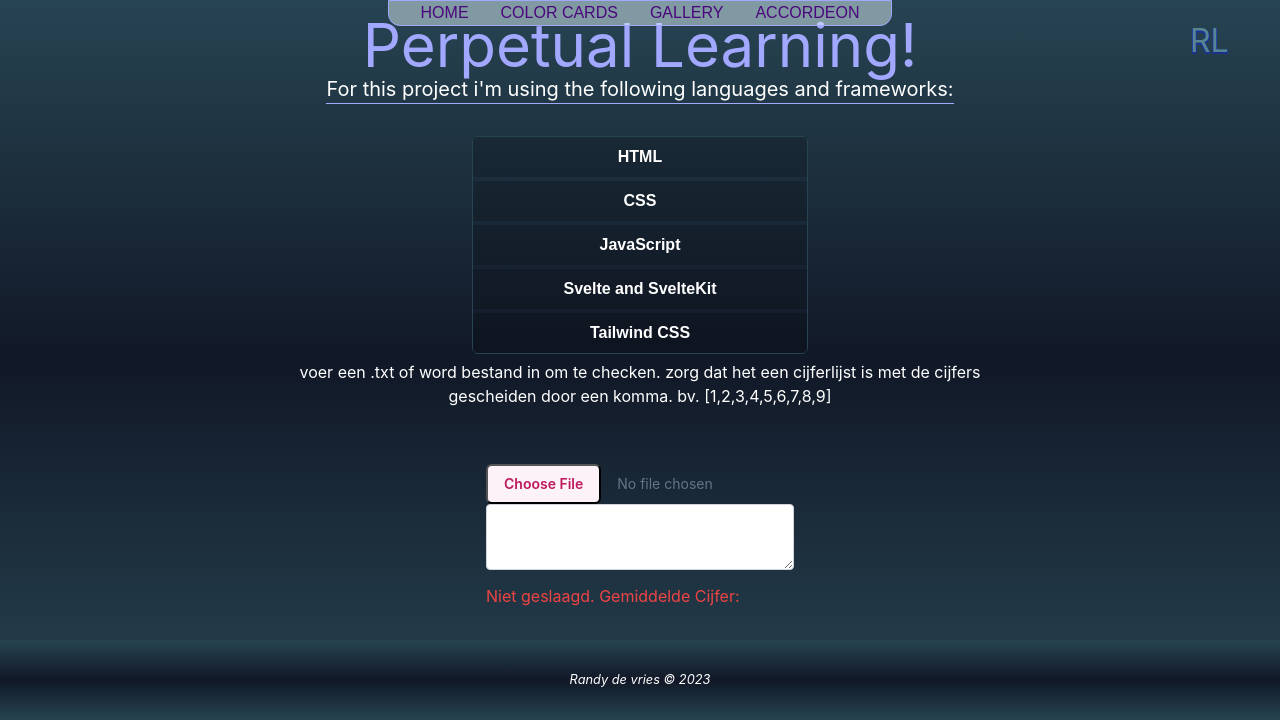
Repository: Freezler/svelte-app
Page: /links
An editor plug-in stored every save of this project. The page is shown before and after the next save, followed by the edit.
The browser window is 1280 px wide. The pictures show the whole page.
The project was rebuilt for these pictures with package versions that can differ from the ones it lists, and the page was loaded fresh each time. The framework's server and built-in components were replaced by stand-ins that run in the browser. Also part of the build but not shown: svelte.config.js, vite.config.js.

Above is the page before, as saved 2023-11-12 11:41:48.

### src/app.html
<!DOCTYPE html>
<html lang="en">
	<head>
		<meta charset="utf-8" />
		<link rel="icon" href="%sveltekit.assets%/favicon.png" />
		<meta name="viewport" content="width=device-width" />
		%sveltekit.head%
		<title>SvelteKitProject</title>
	</head>
	<body data-sveltekit-preload-data="hover">
		<div style="display: contents">%sveltekit.body%</div>
	</body>
</html>

### src/routes/+layout.svelte
<script>
  import '../app.css';
  import Navbar from '../components/Navbar.svelte';
  import Footer from '../components/Footer.svelte';
</script>

<html lang="en" class="select-none scroll-smooth">
  <head>
    <!-- Add any necessary head content here -->
  </head>
  <body class=" flex flex-col h-full overflow-scroll">
    <Navbar />
    <main>
      <slot />
    </main>
    <Footer />
  </body>
</html>

### src/routes/links/+page.svelte
<script>
	import { onDestroy, onMount } from 'svelte';
	onMount(() => console.log('Mounted Links page'));
	onDestroy(() => console.log('Unmounted Links page'));
	import CijferlijstInput from '../../components/CijferlijstInput.svelte';
	import Accordion from '../../components/Accordion.svelte';

</script>

<main
	class=" z-100 flex h-screen scroll-smooth justify-center items-center w-screen flex-col bg-gradient-to-b from-astral-900 via-gray-900 to-astral-900 overflow-scroll pb-24"
>
<div class="flex flex-col w-[100%] items-center justify-center font-sans h-screen ">
	<h1 class="animate-slow-slide-down text-3xl sm:text-5xl md:text-6xl xl:8xl text-purpleone-300  ">Perpetual Learning!</h1>
	<p class="animate-slow-slide-up text-xs sm:text-[16px] md:text-xl xl:2xl text-white border-b-[1px]  border-purpleone-300 text-purpleone600">For this project i'm using the following languages and frameworks:</p>
	<Accordion />
</div>
<div class="flex flex-col w-[100%] items-center justify-center"></div>
		<CijferlijstInput />
</main>

### src/app.css
@import 'tailwindcss/base';
@import 'tailwindcss/components';
@import 'tailwindcss/utilities';

/* Your custom CSS goes here */
body {
	scroll-behavior: smooth;
}

body * {
	-moz-scrollbar-width: none;
	scrollbar-width: none;
	-ms-overflow-style: none;
}

### src/components/Navbar.svelte
<script>
	let showNav = false;

	const toggleNav = () => {
		showNav = !showNav;
		const body = document.body;

		if (showNav) {
			body.classList.add('overflow-hidden');
		} else {
			body.classList.remove('overflow-hidden');
		}
	};
</script>

<nav
	class=" fixed bottom-0 z-40 flex h-20 w-[100%] select-none items-center justify-between text-center antialiased focus:select-none md:right-0 md:top-0 md:justify-center"
>
	<a href="/" class="ml-3 flex h-16 select-none items-center focus:select-none "
		><svg
			class="flex h-20 animate-pulse md:right-0 md:absolute"
			version="1.1"
			xmlns="http://www.w3.org/2000/svg"
			width="100"
			height="100"
			viewBox="0 0 100 100"
		>
			<!-- Outline -->
			<text
				class="select-none focus:select-none shadow-xl animate-slow-slide-down "
				x="0"
				y="66"
				font-size="40"
				fill="red3"
				stroke="#12ff"
				stroke-width="2"
				stroke-linejoin="round">RL</text
			>
			<!-- Text -->
			<text class="animate-slow-slide-in" x="0" y="65" font-size="40" fill="#87ccd9">RL</text>
		</svg></a
	>

	<!-- Hamburger voorS  mobile/kleine schermen -->
	<button
		class=" mr-8 select-none text-white focus:select-none active:select-none md:hidden"
		on:click={toggleNav}
	>
		<div class="relative flex h-6 w-6 items-center">
			<span
				class={' absolute block h-[2px] w-5 origin-center bg-blueone-50 transition-transform'}
				class:rotate-45={showNav}
				class:top-2={!showNav}
			></span>
			<span
				class={'z-2000 absolute block h-[2px] w-5 origin-center bg-white blur-none transition-transform'}
				class:-rotate-45={showNav}
				class:bottom-2={!showNav}
			></span>
			<span
				class={'z-2000 absolute block h-[2px] w-5 origin-center bg-white blur-none transition-transform'}
				class:-rotate-45={showNav}
				class:bottom-2={!showNav}
			></span>
		</div>
	</button>

	<div
		class={`absolute top-0 z-50	hidden  -[80px] select-none rounded-b-xl text-purplethree-950  font-display uppercase  items-center justify-center gap-8 px-8 border-[1px] border-purpleone-300   bg-astral-100 bg-opacity-50  bg-cover bg-center    md:flex ${
			showNav ? 'hidden' : 'block'
		}`}
	>
	    <a href="/" class="hover:text-cyan-200 hover:bg-slate-500 ">Home</a>
		<a href="/blogs" class="hover:text-cyan-200 hover:bg-slate-500  ">Color Cards</a>
		<a href="/about" class="hover:text-cyan-200 hover:bg-slate-500">Gallery</a>
		<a href="/links" class="hover:text-cyan-200 hover:bg-slate-500">Accordeon</a>
	</div>
</nav>

<!-- Conditional Mobile Menu Overlay -->
{#if showNav}
	<div
		class=" fixed inset-0 z-50 flex animate-slow-fade-in select-none items-center justify-center bg-gray-800 bg-opacity-40 backdrop-blur-[2px]"
		on:click={toggleNav}
		on:keypress={toggleNav}
		role="button"
		tabindex="0"
	>
		<div
			class="absulute flex select-none flex-col items-center text-2xl text-gray-200 opacity-100 transition-opacity duration-100 ease-in-out"
		>
			<a href="/" tabindex="0" class="text-cyan-200"
				><svg xmlns="http://www.w3.org/2000/svg" width="80" height="80" viewBox="0 0 80 80">
					<!-- Outline -->
					<text
						x="16"
						y="50"
						font-family="Inter"
						font-size="40"
						fill="cyan"
						stroke="#dfe2ff"
						stroke-width="6"
						stroke-linejoin="round">RL</text
					>
					<!-- Text -->
					<text x="16" y="50" font-family="Inter" font-size="40" fill="indigo">RL</text>
				</svg>
				<hr class="mb-6 w-full border-bluetwo-400" /></a
			>
			<a href="/projects" tabindex="0" class="text-[#b910377e]">under construction..</a>
			<a href="/blogs" tabindex="0" class="text-[#dfe2ff]">Color Cards</a>
			<a href="/about" tabindex="0" class="text-[#dfe2ff]">Gallery</a>
			<a href="/links" tabindex="0" class="text-[#dfe2ff]">Accordeon</a>
		</div>
	</div>
{/if}

### src/components/Footer.svelte
<script>
</script>

<div class="bg-opacity-70 bg-gradient-to-b from-astral-900 via-gray-900 to-astral-900 bg-cover bg-center bg-no-repeat bg-blone-300  fixed w-screen bottom-0 h-20 flex items-center p-0 m-0">
  <div class="flex w-full items-center justify-around">
	<!-- GitHub icon -->
	<small class="text-white italic">Randy de vries &copy; {new Date().getFullYear()}</small>
  </div>
</div>

### src/components/CijferlijstInput.svelte
<!-- FileInput.svelte -->
<script>
  import { onMount } from 'svelte';

  export let fileContent = '';
  export let isSuccess = false;
  let gemiddeldeCijfer = '';

  function handleFileInput(event) {
	const file = event.target.files[0];

	if (file) {
	  const reader = new FileReader();

	  reader.onload = function (e) {
		const content = e.target.result;
		if (content.trim() !== '') {
		  fileContent = content;
		  isSuccess = true;
		  gemiddeldeCijfer = calculateGemiddeldeCijfer(fileContent);
		}
	  };

	  reader.readAsText(file);
	}
  }

  function calculateGemiddeldeCijfer(content) {
	const cijfers = content.split('\n').filter(line => line.trim() !== '').map(Number);
	const totaal = cijfers.reduce((acc, curr) => acc + curr, 0);
	return totaal / cijfers.length;
  }
</script>
<div class="text-center text-white -translate-y-10 w-[60%]"><h3>voer een .txt of word bestand in om te checken.
	zorg dat het een cijferlijst is met de cijfers gescheiden door een komma. bv. [1,2,3,4,5,6,7,8,9]
</h3></div>
<div class="p-4 min-w-[340px]">
  <input
	type="file"
	accept=".txt, .doc, .docx"
	on:change={handleFileInput}
	class="block w-full text-sm text-slate-500 file:mr-4 file:py-2 file:px-4 file:rounded-md file:border-1 file:text-sm file:font-semibold file:bg-pink-50 file:text-pink-700 hover:file:bg-pink-100"
  />
  <textarea bind:value={fileContent} class="w-full h-[content] border border-gray-300 rounded p-2"></textarea>

  {#if isSuccess}
	<p class="text-green-500 mt-2 mx-auto">Van harte gefeliciteerd, je bent geslaagd! Gemiddelde Cijfer: {gemiddeldeCijfer}</p>
  {:else}
	<p class="text-red-500 mt-2 mx-auto">Niet geslaagd. Gemiddelde Cijfer: {gemiddeldeCijfer}</p>
  {/if}
</div>

### src/components/Accordion.svelte
<script>
	let panels = [
		{
			title: 'HTML',
			content:
				'HTML is the standard markup language for documents designed to be displayed in a web browser.'
		},
		{ title: 'CSS', content: 'CSS is used to define styles for your web pages' },
		{
			title: 'JavaScript',
			content: 'JavaScript is used to add interactivity to your web pages'
		},
		{
			title: 'Svelte and SvelteKit',
			content: 'Svelte and SvelteKit are both JavaScript frameworks'
		},
		{ title: 'Tailwind CSS', content: 'Tailwind CSS is a utility-first CSS framework' }
	];

	let expandedPanel = null;

	function togglePanel(panel) {
		if (expandedPanel === panel) {
			expandedPanel = null;
		} else {
			expandedPanel = panel;
		}
	}
</script>

<div class="bg-transparent animate-slow-slide-up z-60 wrapper max-w-[400px] mx-auto mt-[0] w-[80%] text-center rounded-sm p-8">
	<div class="flex flex-col space-y-1  rounded-md border-[1px] border-astral-900">
		{#each panels as panel}
			<!-- svelte-ignore a11y-no-static-element-interactions -->
			<div
				class="relative isolate animate-fast-fade-in overflow-hidden"
				on:click={() => togglePanel(panel)}
				on:keydown={() => togglePanel(panel)}
				aria-roledescription="accordion"
			>
				<div class="" aria-expanded={panel === expandedPanel}>
					<!-- svelte-ignore empty-block -->
					{#if panel === expandedPanel}{/if}
					<div
						class="relative isolate grid place-items-center bg-[rgba(0,0,0,0.2)] p-2 font-display font-bold text-white"
					>
						{panel.title}
					</div>
				</div>
				{#if expandedPanel === panel}
					<div
						class="max-w-[100%] z-20 animate-slow-fade-in bg-astral-900 bg-opacity-70 px-6 py-0"
					>
						<svg
							xmlns="http://www.w3.org/2000/svg"
							class="icon icon-tabler icon-tabler-chevron-up mx-auto animate-pulse"
							width="24"
							height="24"
							viewBox="0 0 24 24"
							stroke-width="1.5"
							stroke="white"
							fill="rgba(39, 68, 82, 100%)"
							stroke-linecap="round"
							stroke-linejoin="round"
						>
							<path stroke="none" d="M0 0h24v24H0z" fill="transparent" />
							<polyline points="6 15 12 9 18 15" />
						</svg>
						<p class="text-white pb-3">
							{panel.content}
						</p>
					</div>
				{/if}
			</div>
		{/each}
	</div>
</div>

### tailwind.config.js
/** @type {import('tailwindcss').Config} */
const plugin = require('tailwindcss/plugin');
export default {
	content: ['./src/**/*.{html,js,svelte,ts}'],
	theme: {
		extend: {

			animation: {
				btnPulse: ' btnPulse 1s infinite',
				'spin-slow': 'spin 3s linear infinite',
				'spin-fast': 'spin 1s linear infinite',
				'slow-fade-in': 'fade-in 0.7s ease-in-out',
				'fast-fade-in': 'fade-in 0.5s ease-in-out',
				'slow-fade-out': 'fade-out 0.5s ease-in-out',
				'fast-fade-out': 'fade-out 0.7s ease-in-out',
				'slow-slide-in': 'slide-in 0.6s ease-in-out',
				'fast-slide-in': 'slide-in 3s ease-in-out',
				'slow-slide-up': 'slide-up 0.6s cubic-bezier(0.215, 0.61, 0.355, 1)',
				'slow-slide-out': 'slide-out 0.6s ease-in-out',
				'fast-slide-out': 'slide-out 0.3s ease-in-out',
				'ani-translate-y': 'translate-y 5s ease-in-out',
				'fast-slide-up': 'slide-up 0.5s cubic-bezier(0.215, 0.61, 0.355, 1)',
				'slow-slide-down': 'slide-down 0.6s cubic-bezier(0.215, 0.61, 0.355, 1)',
				'burger-smooth': 'burger-smooth 2s ease-in-out',
			    'wave': 'wave .9s ease-in-out',
			},
			keyframes: {
				'fade-in': {
					'0%': { opacity: '0' },
					'100%': { opacity: '1' }
				},
				'fade-out': {
					'0%': { opacity: '1' },
					'100%': { opacity: '0' }
				},
				'slide-in': {
					'0%': { transform: 'translateX(-240px)' },
					'100%': { transform: 'translateX(0)' }
				},
				'slide-out': {
					'0%': { transform: 'translateX(0)' },
					'100%': { transform: 'translateX(-100%)' }
				},
				'translate-y': {
					'0%': { transform: 'translateY(0)' },
					'100%': { transform: 'translateY(-100%)' }
				},
				wave: {
					'0%': { transform: 'rotate(0deg)' },
					'25%': { transform: 'rotate(45deg)' },
					'50%': { transform: 'rotate(35deg)' },
					'100%': { transform: 'rotate-45deg)' }
				},
				'slide-up': {
					'0%': { transform: 'translateY(240px)' },
					'100%': { transform: 'translateY(0)' }
				},
				'slide-down': {
					'0%': { transform: 'translateY(-400px)' },
					'100%': { transform: 'translateY(0px)' }
				},
				'btnPulse': {
					'0%': { transform: 'scale(1))' },
					'50%': { transform: 'scale(0.9)' },
					'100%': { transform: 'scale(1)' }
				}
			},

			fontFamily: {
				sans: ['Inter', 'Arial', 'Helvetica', 'sans-serif'],
				serif: ['Georgia', 'serif'],
				mono: ['Menlo', 'Monaco', 'Courier New', 'monospace'],
				display: ['Oswald', 'sans-serif'],
				handwriting: ['Pacifico', 'cursive']
			},
			colors: {
				blueone: {
					50: '#e6f5ff',
					100: '#d2ecff',
					200: '#aedaff',
					300: '#7dbfff',
					400: '#4b94ff',
					500: '#2268ff',
					600: '#003bff',
					700: '#003fff',
					800: '#0035d7',
					900: '#0830a7',
					950: '#072383'
				},
				bluetwo: {
					50: '#f3f6fb',
					100: '#e4e9f5',
					200: '#d0daed',
					300: '#afc2e1',
					400: '#89a2d1',
					500: '#6c85c5',
					600: '#596db7',
					700: '#4e5da7',
					800: '#454e8a',
					900: '#3b436d',
					950: '#272b44'
				},
				bluethree: {
					50: '#f2f6fc',
					100: '#e3ebf6',
					200: '#cdddf0',
					300: '#aac6e6',
					400: '#81a8d9',
					500: '#638cce',
					600: '#4f73c1',
					700: '#4561b0',
					800: '#3d5190',
					900: '#2c395f',
					950: '#242c47'
				},
				astral: {
					50: '#f0fafb',
					100: '#d9f0f4',
					200: '#b8e2e9',
					300: '#87ccd9',
					400: '#4fadc1',
					500: '#328ea3',
					600: '#2d768d',
					700: '#2b6173',
					800: '#2a5160',
					900: '#274452',
					950: '#152c37'
				},
				greenone: {
					50: '#f5ffe5',
					100: '#e6ffc7',
					200: '#cdff96',
					300: '#9ffc41',
					400: '#8bf328',
					500: '#6cd909',
					600: '#50ae02',
					700: '#3e8407',
					800: '#34680c',
					900: '#2c580f',
					950: '#143102'
				},
				greentwo: {
					50: '#f1fcf5',
					100: '#dff9e9',
					200: '#c0f2d4',
					300: '#8fe6b2',
					400: '#56d289',
					500: '#30b768',
					600: '#26aa5d',
					700: '#1e7743',
					800: '#1d5e39',
					900: '#194e31',
					950: '#082b19'
				},
				greenthree: {
					50: '#f2f7f4',
					100: '#dfece3',
					200: '#c1d9ca',
					300: '#98bda8',
					400: '#6b9c82',
					500: '#518a6e',
					600: '#37644f',
					700: '#2c5040',
					800: '#254035',
					900: '#1f352b',
					950: '#101e18'
				},
				roseone: {
					50: '#fef1fa',
					100: '#fde6f7',
					200: '#feccf1',
					300: '#fea3e4',
					400: '#fc6ad0',
					500: '#f74bbf',
					600: '#e61c9a',
					700: '#c90d7d',
					800: '#a60e66',
					900: '#8a1158',
					950: '#550232'
				},
				purpleone: {
					50: '#edf0ff',
					100: '#dfe2ff',
					200: '#c5caff',
					300: '#a2a7ff',
					400: '#7f7cfd',
					500: '#6d5ef6',
					600: '#5e40eb',
					700: '#5d41d3',
					800: '#412ca7',
					900: '#382b84',
					950: '#22194d'
				},
				purpletwo: {
					50: '#fcf3ff',
					100: '#fae7ff',
					200: '#f3ceff',
					300: '#eea7ff',
					400: '#e473ff',
					500: '#d12ef6',
					600: '#bc1edb',
					700: '#9f15b6',
					800: '#841494',
					900: '#6f1679',
					950: '#490151'
				},
				purplethree: {
					50: '#faf5ff',
					100: '#f3e8ff',
					200: '#ead4ff',
					300: '#d9b3ff',
					400: '#c282fe',
					500: '#aa53f9',
					600: '#9530ed',
					700: '#801fd1',
					800: '#6d1faa',
					900: '#591a89',
					950: '#4b077e'
				},
				rosetwo: {
					50: '#fef1f8',
					100: '#fee5f3',
					200: '#ffcae8',
					300: '#ff9fd4',
					400: '#ff64b5',
					500: '#fe1f8a',
					600: '#ef1372',
					700: '#d00657',
					800: '#ac0848',
					900: '#8f0c3f',
					950: '#580021'
				},
				redone: {
					50: '#fff0f0',
					100: '#ffdede',
					200: '#ffc2c2',
					300: '#ff9898',
					400: '#ff5d5d',
					500: '#ff2b2b',
					600: '#f70808',
					700: '#d00505',
					800: '#ac0808',
					900: '#8e0e0e',
					950: '#4e0101'
				},
				redtwo: {
					50: '#fcf4f4',
					100: '#fae6e6',
					200: '#f7d1d1',
					300: '#f0b1b1',
					400: '#e58484',
					500: '#d75c5c',
					600: '#be3c3c',
					700: '#a33232',
					800: '#872d2d',
					900: '#712b2b',
					950: '#3d1212'
				},
				greyone: {
					50: '#f6f6f6',
					100: '#e7e7e7',
					200: '#d1d1d1',
					300: '#b0b0b0',
					400: '#888888',
					500: '#6d6d6d',
					600: '#5d5d5d',
					700: '#4f4f4f',
					800: '#454545',
					900: '#3d3d3d',
					950: '#050505'
				},
				greytwo: {
					50: '#f4f5fa',
					100: '#e7e9f2',
					200: '#d4d7e9',
					300: '#b6bcda',
					400: '#939bc7',
					500: '#797fb8',
					600: '#6769a9',
					700: '#5c5b9a',
					800: '#504e7f',
					900: '#444266',
					950: '#232232'
				}
			}
		},
		screens: {
			// default is oudere schermen erg klein!  -->
			xxxs: '360px', // modernere kleine schermen
			xxs: '480px', // Extra extra small screen size
			xs: '640px', // Extra small screen size
			sm: '768px', // Small screen size
			md: '1024px', // Medium screen size
			lg: '1280px', // Large screen size
			xl: '1440px', // Extra large screen size
			xxl: '1920px', // Extra extra large screen size
			xxxl: '3840px' // 4K screen size (3840px)
			// Je kunt meer schermformaten toevoegen indien nodig
		},

		fonts: {
			sans: ['Inter', 'Arial', 'Helvetica', 'sans-serif'],
			serif: ['Georgia', 'serif'],
			mono: ['Bebas Neue','Monaco', 'Courier New', 'monospace'],
			display: ['San-francisco', 'sans-serif'],
			handwriting: ['Pacifico', 'cursive']
		},
		textShadow: {
			sm: '0 1px 2px var(--tw-shadow-color)',
			DEFAULT: '0 2px 4px var(--tw-shadow-color)',
			lg: '0 8px 16px var(--tw-shadow-color)'
		}
	},
	plugins: [
		plugin(function ({ matchUtilities, theme }) {
			matchUtilities(
				{
					'text-shadow': (value) => ({
						textShadow: value
					})
				},
				{ values: theme('textShadow') }
			);
		})
	]
};

After the next save:
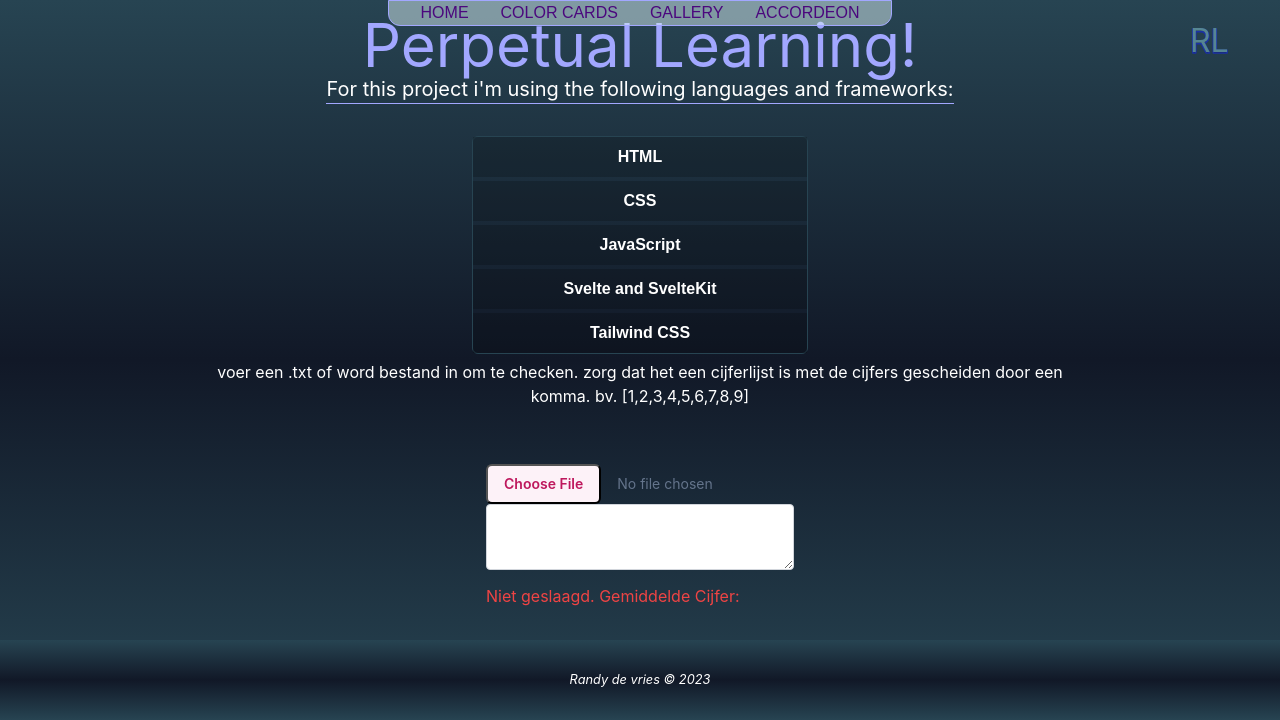
Saved 15 s later.
--- a/src/components/CijferlijstInput.svelte
+++ b/src/components/CijferlijstInput.svelte
@@ -31,7 +31,7 @@
 	return totaal / cijfers.length;
   }
 </script>
-<div class="text-center text-white -translate-y-10 w-[60%]"><h3>voer een .txt of word bestand in om te checken.
+<div class="text-center text-white -translate-y-10 w-[70%]"><h3>voer een .txt of word bestand in om te checken.
 	zorg dat het een cijferlijst is met de cijfers gescheiden door een komma. bv. [1,2,3,4,5,6,7,8,9]
 </h3></div>
 <div class="p-4 min-w-[340px]">
